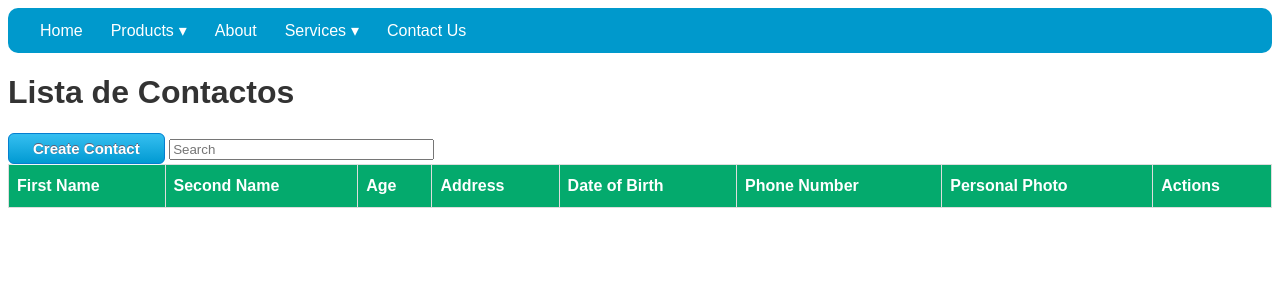
Repository: fgala1619/frontSistGestionBank
Page: index.html
An editor plug-in stored every save of this project. The page is shown before and after the next save, followed by the edit.
The browser window is 1280 px wide. The pictures show the whole page.
The page's requests for data from a server got no answer.

Above is the page before, as saved 2023-07-27 20:53:38.

### index.html
<link rel="stylesheet" href="style.css" />
<link rel="stylesheet" href="menu.css" />
<script src="script.js"></script>

<nav id='menu'>
  <input type='checkbox' id='responsive-menu' onclick='updatemenu()'><label></label>
  <ul>
    <li><a href='http://'>Home</a></li>
    <li><a class='dropdown-arrow' href='http://'>Products</a>
      <ul class='sub-menus'>
        <li><a href='http://'>Products 1</a></li>
        <li><a href='http://'>Products 2</a></li>
        <li><a href='http://'>Products 3</a></li>
        <li><a href='http://'>Products 4</a></li>
      </ul>
    </li>
    <li><a href='http://'>About</a></li>
    <li><a class='dropdown-arrow' href='http://'>Services</a>
      <ul class='sub-menus'>
        <li><a href='http://'>Services 1</a></li>
        <li><a href='http://'>Services 2</a></li>
        <li><a href='http://'>Services 3</a></li>
      </ul>
    </li>
    <li><a href='http://'>Contact Us</a></li>
  </ul>
</nav>




<h1>Lista de Contactos</h1>

<a onclick="agregar()" href="#" class="myButton">Create Contact</a>

<input id="txtBuscar" type="text" placeholder="Search" size="30" /><br/>

<table id="customers">
  <thead>
    <tr>
        <th>First Name</th>
        <th>Second Name</th>
        <th>Age</th>
        <th>Address</th>
        <th>Date of Birth</th>
        <th>Phone Number</th>
        <th>Personal Photo</th>
        <th>Actions</th>
    </tr>
  </thead>

  <tbody>

  </tbody>

</table>


<!-- Modal -->
<div id="modal" class="modale" aria-hidden="true">
  <div class="modal-dialog">
    <div class="modal-header">
      <h2>Contact Information</h2>

      <a onclick="cerrarModal()" href="#" class="btn-close closemodale" aria-hidden="true">&times;</a>
    </div>
    <div class="modal-body">
      <input id="txtId" type="hidden" placeholder="Id" size="20" /><br/>
      <input id="txtFirstName" type="text" placeholder="First Name" size="20" /><br/>
      <input id="txtSecondName" type="text" placeholder="Second Name" size="20" /><br/>
      <input id="txtAge" type="text" placeholder="Age" size="20" /><br/>
      <input id="txtAddress" type="text" placeholder="Address" size="20" /><br/>
      <input id="txtDateBirth" type="text" placeholder="Date of Birth" size="20" /><br/>
      <input id="txtPhoneNumber" type="text" placeholder="Phone Number" size="20" /><br/>
      <input id="txtFoto" type="text" placeholder="Personal Photo" size="20" /><br/>
    </div>
    <div class="modal-footer">


      <a href="#" onclick="save()" class="btn" id="btn_ingresar">Insert</a>
    </div>
  </div>
</div>
<!-- /Modal -->

### style.css
#customers {
        font-family: Arial, Helvetica, sans-serif;
        border-collapse: collapse;
        width: 100%;
    }

    #customers td, #customers th {
        border: 1px solid #ddd;
        padding: 8px;
    }

    #customers tr:nth-child(even){background-color: #f2f2f2;}
    #customers tr:hover{background-color:#ddd;}

    #customers th{
        padding-top: 12px;
        padding-bottom: 12px;
        text-align: left;
        background-color: #04AA6D;
        color: white;
    }

    .myButton{
        box-shadow: 0px 1px 0px 0px #f0f7fa;
        background: linear-gradient(to bottom, #33bdef 5%, #019ad2 100%);
        background-color:#33bdef;
        border-radius: 6px;
        border: 1px solid #057fd0;
        display: inline-block;
        cursor: pointer;
        color: #ffffff;
        font-family: Arial;
        font-size: 15px;
        font-weight: bold;
        padding: 6px 24px;
        text-decoration: none;
        text-shadow: 0px -1px 0px #5b6178;
    }
    .myButton:hover{
        background: linear-gradient(to bottom, #019ad2 5%, #33bdef 100%);
        background-color:#019ad2;
    }
    .myButton:active{
        position: relative;
        top: 1px;
    }

    .btnDelete{
        box-shadow: 0px 1px 0px 0px #f0f7fa;
        background: linear-gradient(to bottom, #ed3434 5%, #d10202 100%);
        background-color:#ed3434;
        border-radius: 6px;
        border: 1px solid #cf0606;
        display: inline-block;
        cursor: pointer;
        color: #ffffff;
        font-family: Arial;
        font-size: 15px;
        font-weight: bold;
        padding: 6px 24px;
        text-decoration: none;
        text-shadow: 0px -1px 0px #5b6178;
    }
    .btnDelete:hover{
        background: linear-gradient(to bottom, #d10202 5%, #ed3434 100%);
        background-color:#d10202;
    }
    .btnDelete:active{
        position: relative;
        top: 1px;
    }






    body{
  font-family:sans-serif;
  color:#333;
}

.btn {
  background: #428bca;
  border: #357ebd solid 0px;
  border-radius: 3px;
  color: #fff;
  display: inline-block;
  font-size: 14px;
  padding: 8px 15px;
  text-decoration: none;
  text-align: center;
  min-width: 60px;
  position: relative;
  transition: color .1s ease;
}
.btn:hover {
  background: #357ebd;
}
.btn.btn-big {
  font-size: 18px;
  padding: 15px 20px;
  min-width: 100px;
}
.btn-close {
  color: #aaaaaa;
  font-size: 20px;
  text-decoration: none;
  padding:10px;
  position: absolute;
  right: 7px;
  top: 0;
}
.btn-close:hover {
  color: #919191;
}
.modale:before {
  content: "";
  display: none;
  background: rgba(0, 0, 0, 0.6);
  position: fixed;
  top: 0;
  left: 0;
  right: 0;
  bottom: 0;
  z-index: 10;
}
.opened:before {
  display: block;
}
.opened .modal-dialog {
  -webkit-transform: translate(0, 0);
  -ms-transform: translate(0, 0);
  transform: translate(0, 0);
  top: 20%;
}
.modal-dialog {
  background: #fefefe;
  border: #333333 solid 0px;
  border-radius: 5px;
  margin-left: -200px;
  text-align:center;
  position: fixed;
  left: 50%;
  top: -100%;
  z-index: 11;
  width: 360px;
  box-shadow:0 5px 10px rgba(0,0,0,0.3);
  -webkit-transform: translate(0, -500%);
  -ms-transform: translate(0, -500%);
  transform: translate(0, -500%);
  -webkit-transition: -webkit-transform 0.3s ease-out;
  -moz-transition: -moz-transform 0.3s ease-out;
  -o-transition: -o-transform 0.3s ease-out;
  transition: transform 0.3s ease-out;
}
.modal-body {
  padding: 20px;
}
.modal-body input{
  width:200px;
  padding:8px;
  border:1px solid #ddd;
  color:#888;
  outline:0;
  font-size:14px;
  font-weight:bold
}
.modal-header,
.modal-footer {
  padding: 10px 20px;
}
.modal-header {
  border-bottom: #eeeeee solid 1px;
}
.modal-header h2 {
  font-size: 20px;
}

### menu.css
#menu {
	background: #0099CC;
	color: #FFF;
	height: 45px;
	padding-left: 18px;
	border-radius: 10px;
}
#menu ul, #menu li {
	margin: 0 auto;
	padding: 0;
	list-style: none
}
#menu ul {
	width: 100%;
}
#menu li {
	float: left;
	display: inline;
	position: relative;
}
#menu a {
	display: block;
	line-height: 45px;
	padding: 0 14px;
	text-decoration: none;
	color: #FFFFFF;
	font-size: 16px;
}
#menu a.dropdown-arrow:after {
	content: "\25BE";
	margin-left: 5px;
}
#menu li a:hover {
	color: #0099CC;
	background: #F2F2F2;
}
#menu input {
	display: none;
	margin: 0;
	padding: 0;
	height: 45px;
	width: 100%;
	opacity: 0;
	cursor: pointer
}
#menu label {
	display: none;
	line-height: 45px;
	text-align: center;
	position: absolute;
	left: 35px
}
#menu label:before {
	font-size: 1.6em;
	content: "\2261";
	margin-left: 20px;
}
#menu ul.sub-menus{
	height: auto;
	overflow: hidden;
	width: 170px;
	background: #444444;
	position: absolute;
	z-index: 99;
	display: none;
}
#menu ul.sub-menus li {
	display: block;
	width: 100%;
}
#menu ul.sub-menus a {
	color: #FFFFFF;
	font-size: 16px;
}
#menu li:hover ul.sub-menus {
	display: block
}
#menu ul.sub-menus a:hover{
	background: #F2F2F2;
	color: #444444;
}
@media screen and (max-width: 800px){
	#menu {position:relative}
	#menu ul {background:#111;position:absolute;top:100%;right:0;left:0;z-index:3;height:auto;display:none}
	#menu ul.sub-menus {width:100%;position:static;}
	#menu ul.sub-menus a {padding-left:30px;}
	#menu li {display:block;float:none;width:auto;}
	#menu input, #menu label {position:absolute;top:0;left:0;display:block}
	#menu input {z-index:4}
	#menu input:checked + label {color:white}
	#menu input:checked + label:before {content:"\00d7"}
	#menu input:checked ~ ul {display:block}
}

### script.js
document.addEventListener("DOMContentLoaded", init);

const URL_API = 'https://localhost:7286/api/'

var contactos = []

function init()
{
   search()
}

async function search()
{
    var url = URL_API + 'DatosContacto'

    var response = await fetch(url, {

        "method": "GET",
        "headers": {
            "Content-Type": 'application/json'
        }
    })

    contactos = await response.json();

    var html = ''

    for (contacto of contactos)
    {
         var row = `<tr>
            <td>${contacto.firstName}</td>
            <td>${contacto.secondName}</td>
            <td>${contacto.age}</td>
            <td>${contacto.address}</td>
            <td>${contacto.dateOfBirth}</td>
            <td>${contacto.phoneNumber}</td>
            <td>${contacto.urlFoto}</td>
            <td>
            <a href="#" onclick="edit(${contacto.id})" class="myButton">Edit</a>
            <a href="#" onclick="remove(${contacto.id})" class="btnDelete">Delete</a>
            </td>
            </tr>`

          html = html + row
    }

     document.querySelector('#customers > tbody').outerHTML = html
}

async function remove(id)
{
   respuesta = confirm('¿Esta seguro que desea eliminarlo?')

   if (respuesta)
   {
       var url = URL_API + 'DatosContacto/' + id
       var response = await fetch(url, {
        "method": "DELETE",
        "headers": {
            "Content-Type": 'application/json'
        }
       })
       window.location.reload()
   }
}

async function save()
{
    var data ={

        "firstName": document.getElementById('txtFirstName').value,
        "secondName": document.getElementById('txtSecondName').value,
        "age": document.getElementById('txtAge').value,
        "address": document.getElementById('txtAddress').value,
        "dateOfBirth": document.getElementById('txtDateBirth').value,
        "phoneNumber": document.getElementById('txtPhoneNumber').value,
        "urlFoto": document.getElementById('txtFoto').value,
    }

    //var Id = document.getElementById('txtId').value

    //if (Id =! '')
    //{
       //data.id = Id
    //}

    var url = URL_API + 'DatosContacto'
    await fetch(url, {
    "method": 'POST',
    "body": JSON.stringify(data),
    "headers": {
        "Content-Type": 'application/json'
    }
    })

    window.location.reload()

}

 function abrirFormulario(){
    htmlModal = document.getElementById("modal");
    htmlModal.setAttribute("class", "modale opened");
}

function cerrarModal(){
    htmlModal = document.getElementById("modal");
    htmlModal.setAttribute("class", "modale");
}

async function edit(id)
{
   abrirFormulario()

   var result =  contactos.find(x => x.id == id)
  debugger;
    document.getElementById('txtId').value = result.id
    document.getElementById('txtFirstName').value = result.firstName
    document.getElementById('txtSecondName').value = result.secondName
    document.getElementById('txtAge').value = result.age
    document.getElementById('txtAddress').value = result.address
    document.getElementById('txtDateBirth').value = result.dateOfBirth
    document.getElementById('txtPhoneNumber').value = result.phoneNumber
    document.getElementById('txtFoto').value = result.urlFoto

}

function clean()
{
    document.getElementById('txtId').value = ''
    document.getElementById('txtFirstName').value = ''
    document.getElementById('txtSecondName').value = ''
    document.getElementById('txtAge').value = ''
    document.getElementById('txtAddress').value = ''
    document.getElementById('txtDateBirth').value = ''
    document.getElementById('txtPhoneNumber').value = ''
    document.getElementById('txtFoto').value = ''
}

function agregar()
{
    clean()
    abrirFormulario()
}

After the next save:
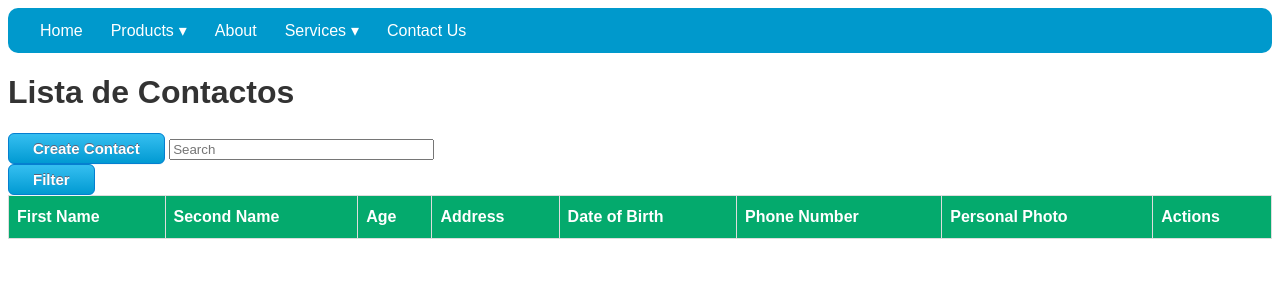
Saved 65 s later.
--- a/index.html
+++ b/index.html
@@ -34,6 +34,8 @@
 <a onclick="agregar()" href="#" class="myButton">Create Contact</a>
 
 <input id="txtBuscar" type="text" placeholder="Search" size="30" /><br/>
+
+<a onclick="agregar()" href="#" class="myButton">Filter</a>
 
 <table id="customers">
   <thead>

After the save that followed:
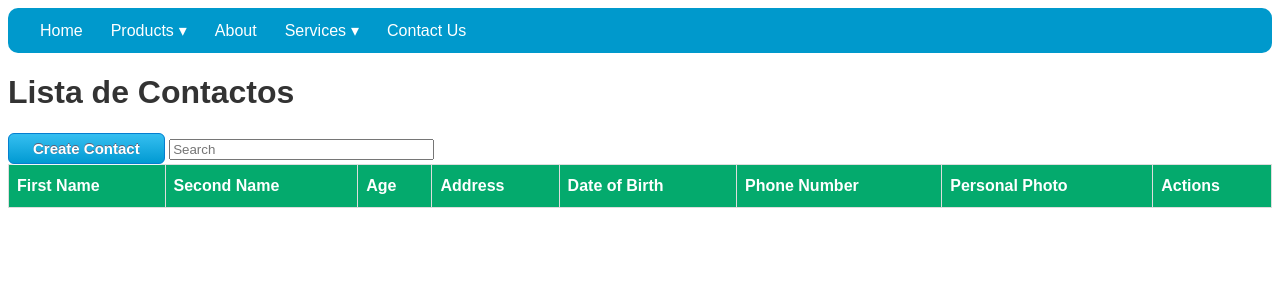
Saved 22 s later.
--- a/index.html
+++ b/index.html
@@ -34,8 +34,6 @@
 <a onclick="agregar()" href="#" class="myButton">Create Contact</a>
 
 <input id="txtBuscar" type="text" placeholder="Search" size="30" /><br/>
-
-<a onclick="agregar()" href="#" class="myButton">Filter</a>
 
 <table id="customers">
   <thead>
